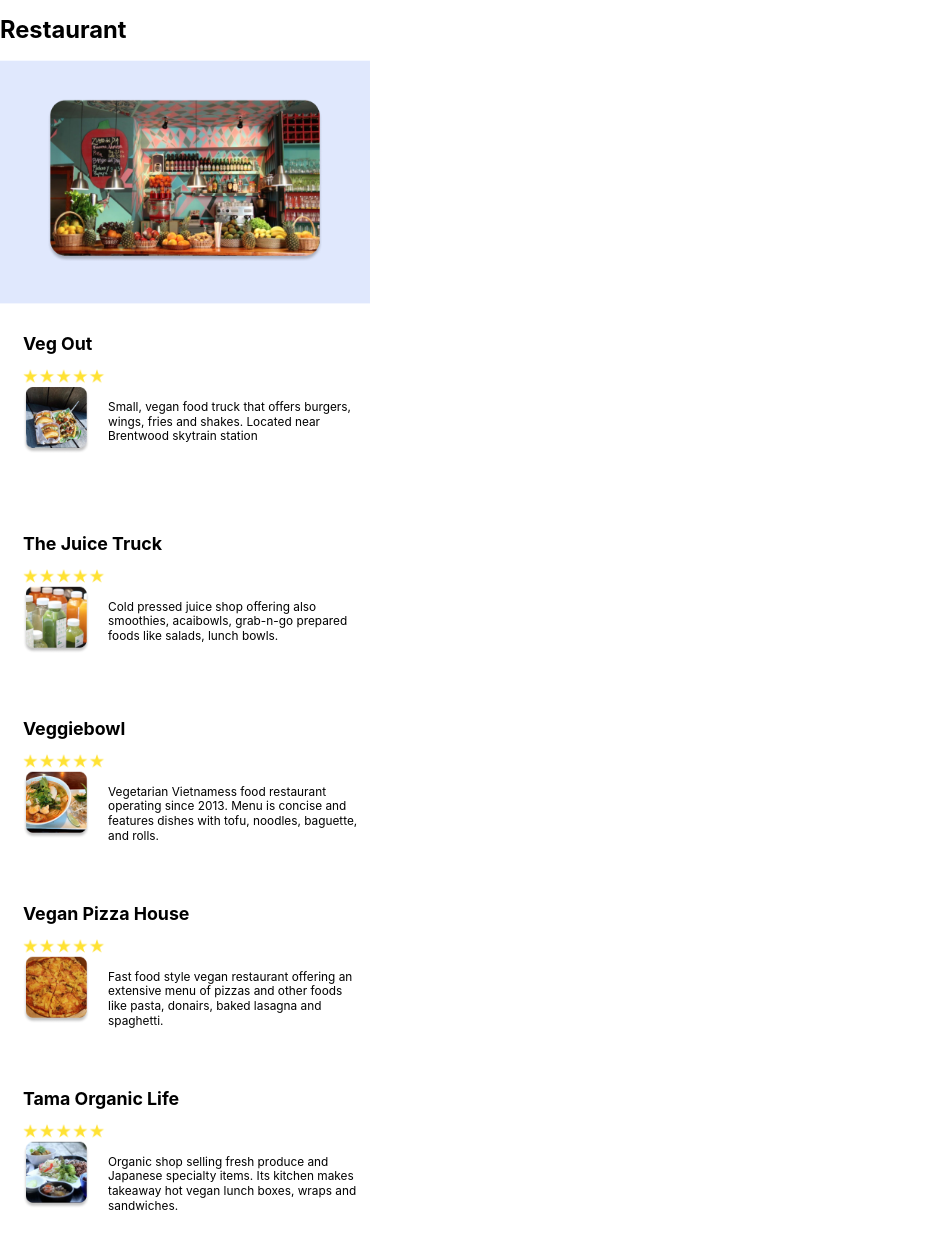
Repository: Kinakopan/design_mindfulEating_site
Page: /restaurant (app in firstapp/)
An editor plug-in stored every save of this project. The page is shown before and after the next save, followed by the edit.
The browser window is 1280 px wide. The pictures show the whole page, at 74% of full size.
The project was rebuilt for these pictures with package versions that can differ from the ones it lists, and the page was loaded fresh each time. The framework's server and built-in components were replaced by stand-ins that run in the browser. Also part of the build but not shown: firstapp/next.config.js.

Above is the page before, as saved 2022-04-20 23:36:21.

After the next save:
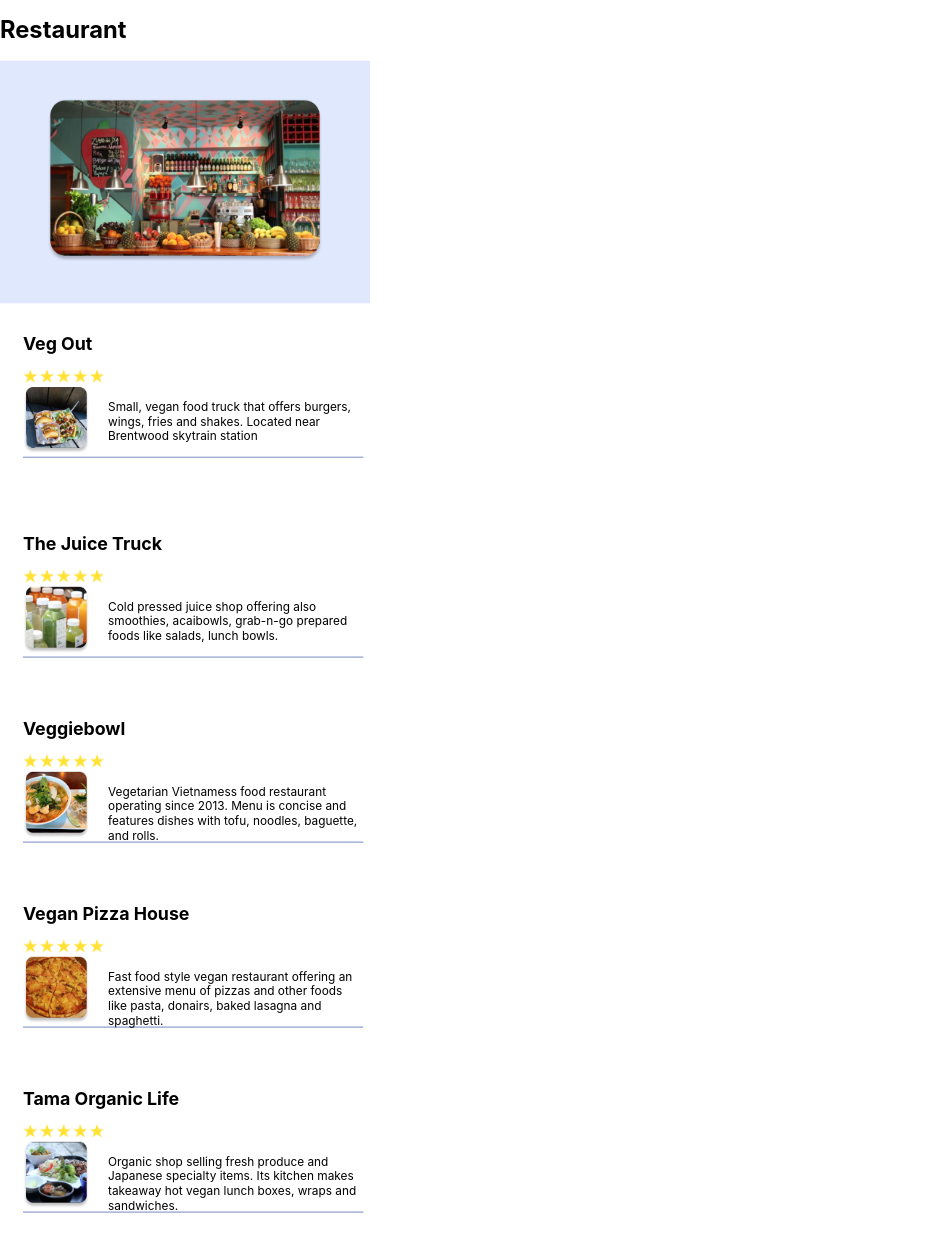
Saved 7 s later.
--- a/firstapp/comps/RestaurantCard.js
+++ b/firstapp/comps/RestaurantCard.js
@@ -34,7 +34,6 @@ margin: 3 3 3 3;
 
 const ResItem = styled.div`
 border-bottom:2px solid #A2b0d3;
-border-bottom:1px;
 `
 ;
 
